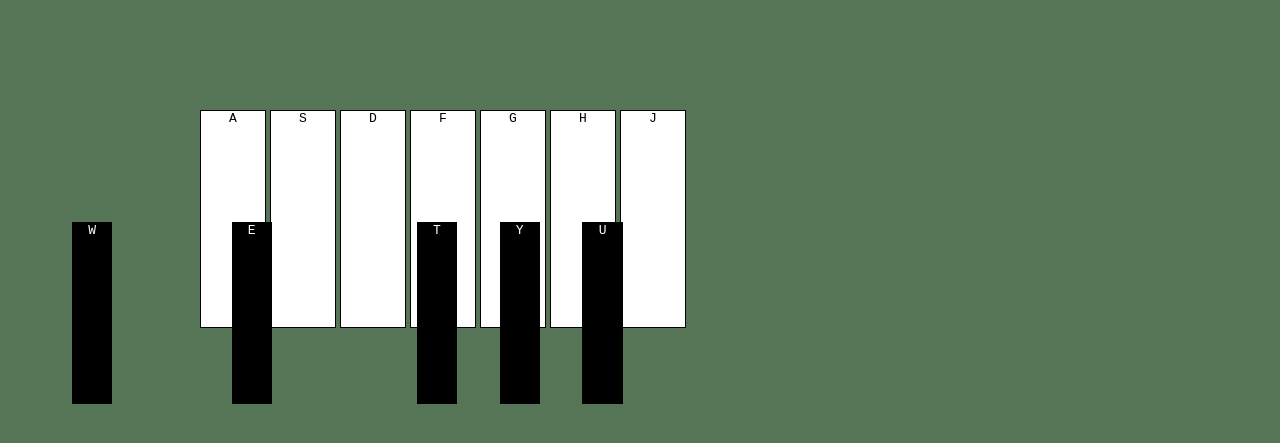
Repository: ctcoleman/Virtual-Piano
Page: index.html
The author's editor kept a copy of each file at every save. The page is drawn from the files as they stood at one save, then again after the next save.
The browser window is 1280 px wide. The pictures show the whole page.

Above is the page before, as saved 2020-07-20 09:24:33.

### index.html
<!DOCTYPE html>
<html>

<head>
    <meta charset="utf-8">
    <link type="text/css" rel="stylesheet" href="./index.css">
    <title>Chris's Keyboard Piano</title>
</head>

<body>
    <div class="container">
        <div class="white-keys">
            <kbd class="white-key" id="KeyA">A</kbd>
            <kbd class="white-key" id="KeyS">S</kbd>
            <kbd class="white-key" id="KeyD">D</kbd>
            <kbd class="white-key" id="KeyF">F</kbd>
            <kbd class="white-key" id="KeyG">G</kbd>
            <kbd class="white-key" id="KeyH">H</kbd>
            <kbd class="white-key" id="KeyJ">J</kbd>
        </div>
        <div class="black-keys">
            <kbd class="black-key" id="KeyW">W</kbd>
            <kbd class="black-key" id="KeyE">E</kbd>
            <kbd class="black-key" id="KeyT">T</kbd>
            <kbd class="black-key" id="KeyY">Y</kbd>
            <kbd class="black-key" id="KeyU">U</kbd>
        </div>
    </div>
    <script src="./index.js"></script>
</body>

</html>

### index.css
/*
=== Basic Styling ===
 */
html {
    background: rgba(1, 46, 1, 0.664);
    color: black;
    box-sizing: border-box;
}

/*
=== Keyboard Styling ===
*/
.container {
    position: relative;
    width: 60vw;
    height: 30vh;
}
/*
=== White Keys Styling ===
*/
.white-keys {
    margin: 15vh 15vw;
    width: 70vw;
    position: relative;
}
.white-key {
    text-align: center;
    display: inline-block;
    width: 5vw;
    height: 30vh;
    background: white;
    border: 1px solid black;
}
/*
=== Black Keys Styling ===
*/
.black-keys {
    margin: 10vh 5vw;
    width: 70vw;
}
.black-key {
    position: relative;
    z-index: 1;
    top: -30vh;
    text-align: center;
    display: inline-block;
    width: 3vw;
    height: 25vh;
    background: black;
    color: white;
    border: 1px solid black;
}
#KeyW {
    left: 0vw;
}
#KeyE {
    left: 9vw;
}
#KeyT {
    left: 20vw;
}
#KeyY {
    left: 23vw;
}
#KeyU {
    left: 26vw;
}

### index.js
const aKey = document.getElementById('KeyA')
const sKey = document.getElementById('KeyS')
const dKey = document.getElementById('KeyD')
const fKey = document.getElementById('KeyF')
const gKey = document.getElementById('KeyG')
const hKey = document.getElementById('KeyH')
const jKey = document.getElementById('KeyJ')
const wKey = document.getElementById('KeyW')
const eKey = document.getElementById('KeyE')
const tKey = document.getElementById('KeyT')
const yKey = document.getElementById('KeyY')
const uKey = document.getElementById('KeyU')






const keys = [aKey, sKey, dKey, fKey, gKey, hKey, jKey, wKey, eKey, tKey, yKey, uKey]
console.log(keys)
document.addEventListener('keypress', (keyPressed) => {
    const key = keyPressed.code
    switch (key) {
        case keys[0].id:
            new Audio('./keys/A.mp3').play()
            break
        case keys[1].id:
            new Audio('./keys/S.mp3').play()
            break
        case keys[2].id:
            new Audio('./keys/D.mp3').play()
            break
        case keys[3].id:
            new Audio('./keys/F.mp3').play()
            break
        case keys[4].id:
            new Audio('./keys/G.mp3').play()
            break
        case keys[5].id:
            new Audio('./keys/H.mp3').play()
            break
        case keys[6].id:
            new Audio('./keys/J.mp3').play()
            break
        case keys[7].id:
            new Audio('./keys/W.mp3').play()
            break
        case keys[8].id:
            new Audio('./keys/E.mp3').play()
            break
        case keys[9].id:
            new Audio('./keys/T.mp3').play()
            break
        case keys[10].id:
            new Audio('./keys/Y.mp3').play()
            break
        case keys[11].id:
            new Audio('./keys/U.mp3').play()
            break
        default:
            console.log('Invalid Key Press')
    }
})

After the next save:
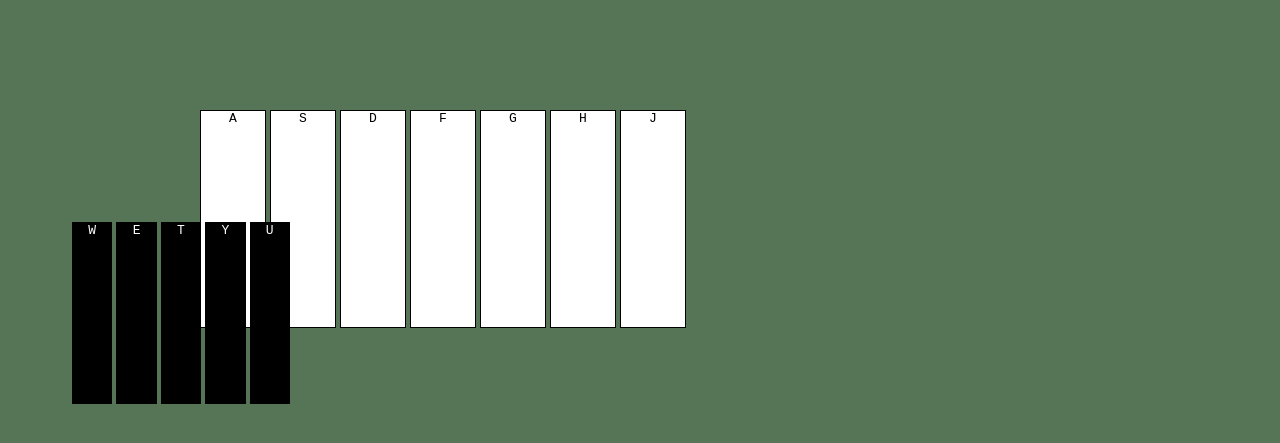
Saved 21 s later.
--- a/index.css
+++ b/index.css
@@ -50,7 +50,7 @@ html {
     color: white;
     border: 1px solid black;
 }
-#KeyW {
+/* #KeyW {
     left: 0vw;
 }
 #KeyE {
@@ -64,4 +64,4 @@ html {
 }
 #KeyU {
     left: 26vw;
-}
+}  */
